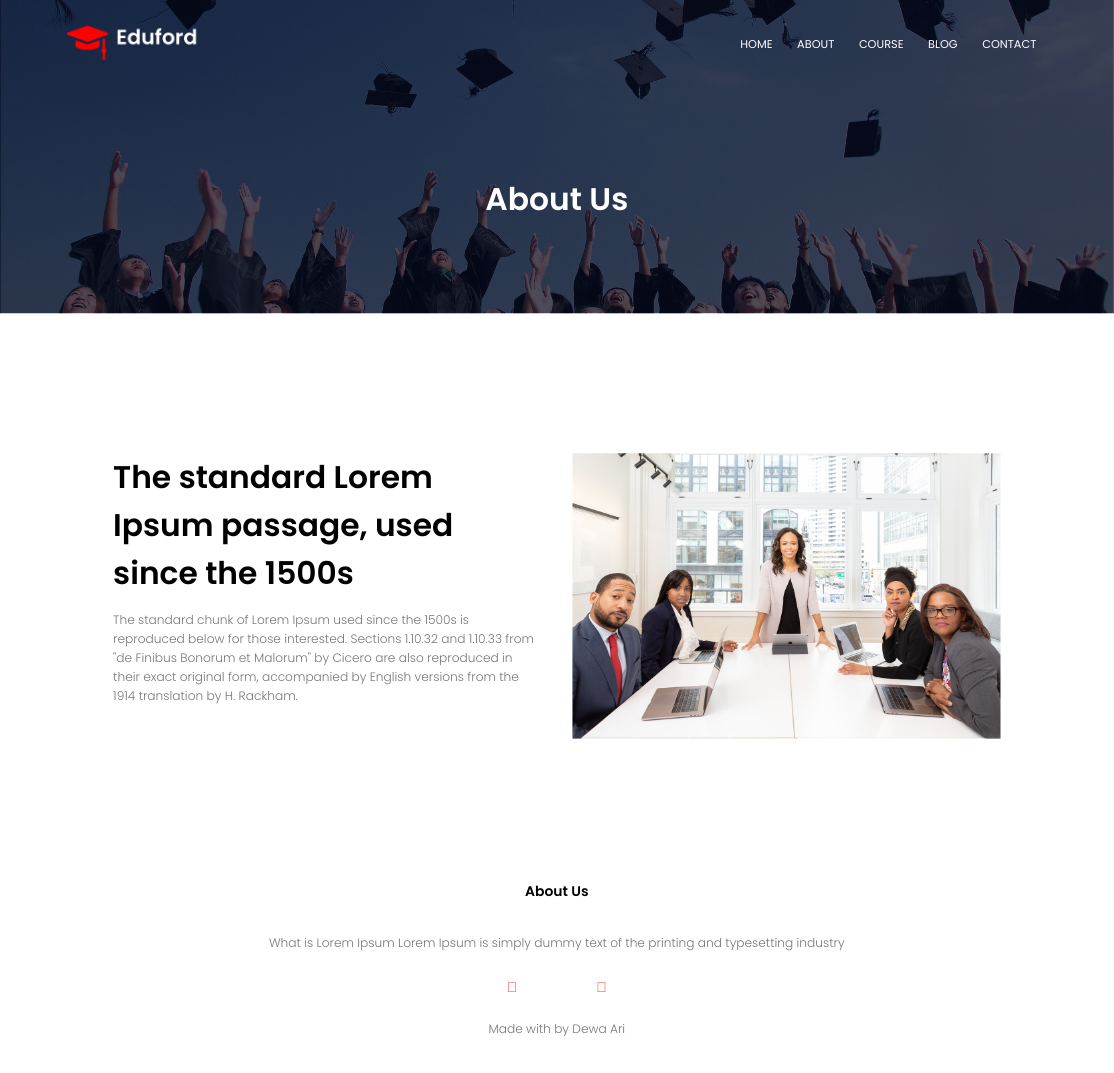
Repository: dewaary/company-profile
Page: about.html
These files come from the project's save history. The page is drawn as it stood at one moment and after the next save; the edit follows.
The browser window is 1280 px wide. The pictures show the whole page, at 87% of full size.

Above is the page before, as saved 2021-05-07 23:30:39.

### about.html
<!DOCTYPE html>
<html lang="en">

<head>
    <meta charset="UTF-8" />
    <meta http-equiv="X-UA-Compatible" content="IE=edge" />
    <meta name="viewport" content="width=device-width, initial-scale=1.0" />
    <title>University Website Design</title>
    <link rel="stylesheet" href="style.css" />
    <link rel="preconnect" href="https://fonts.gstatic.com" />
    <link href="https://fonts.googleapis.com/css2?family=Poppins:wght@200;300;400;600;700&display=swap"
        rel="stylesheet" />
    <link rel="stylesheet"
        href="https://cdn.jsdelivr.net/npm/@fortawesome/fontawesome-free@5.15.3/css/fontawesome.min.css" />
</head>

<body>
    <section class="sub-header">
        <nav>
            <a href="index.html"><img src="images/logo.png" /></a>
            <div class="nav-links" id="navLinks">
                <i class="fa fa-times" onclick="hideMenu()"></i>
                <ul>
                    <li><a href="">HOME</a></li>
                    <li><a href="">ABOUT</a></li>
                    <li><a href="">COURSE</a></li>
                    <li><a href="">BLOG</a></li>
                    <li><a href="">CONTACT</a></li>
                </ul>
            </div>
            <i class="fa fa-bars" onclick="showMenu()"></i>
        </nav>
        <h1>About Us</h1>
    </section>

    <section class="about-us">

        <div class="row">
            <div class="about-col">
                <h1>The standard Lorem Ipsum passage, used since the 1500s</h1>
                <p>
                    The standard chunk of Lorem Ipsum used since the 1500s is reproduced below for those interested.
                    Sections 1.10.32 and 1.10.33 from "de Finibus Bonorum et Malorum" by Cicero are also reproduced in
                    their exact original form, accompanied by English versions from the 1914 translation by H. Rackham.
                </p>
                <a href="" class="hero-btn red-btn">EXPLORE NOW</a>
            </div>
            <div class="about-col">
                <img src="images/about.jpg">
            </div>
        </div>

    </section>


    <section class="footer">
        <h4>About Us</h4>
        <p>
            What is Lorem Ipsum Lorem Ipsum is simply dummy text of the printing and
            typesetting industry
        </p>
        <div class="icons">
            <i class="fa fa-facebook"></i>
            <i class="fa fa-Twitter"></i>
            <i class="fa fa-Instagram"></i>
            <i class="fa fa-linkedin"></i>
        </div>
        <p>Made with <i class="fa fa-heart-0"></i>by Dewa Ari</p>
    </section>

    <!---- Javascript for Toggle Menu ---->
    <script>
        var navLinks = document.getElementById("navLinks");

        function showMenu() {
            navLinks.style.right = "0";
        }
        function hideMenu() {
            navLinks.style.right = "-200px";
        }
    </script>
</body>

</html>

### style.css
* {
  margin: 0;
  padding: 0;
  font-family: "Poppins", sans-serif;
}

.header {
  min-height: 100vh;
  width: 100%;
  background-image: linear-gradient(rgba(4, 9, 30, 0.7), rgba(4, 9, 30, 0.7)),
    url(images/banner.png);
  background-position: center;
  background-size: cover;
  position: relative;
}

nav {
  display: flex;
  padding: 2% 6%;
  justify-content: space-between;
  align-items: center;
}

nav img {
  width: 150px;
}

.nav-links {
  flex: 1;
  text-align: right;
}

.nav-links ul li {
  list-style: none;
  display: inline-block;
  padding: 8px 12px;
  position: relative;
}

.nav-links ul li a {
  color: #fff;
  text-decoration: none;
  font-size: 13px;
}

.nav-links ul li::after {
  content: "";
  width: 0%;
  height: 2px;
  background: #f44336;
  display: block;
  margin: auto;
  transition: 0.5s;
}

.nav-links ul li:hover::after {
  width: 100%;
}

.text-box {
  width: 90%;
  color: #fff;
  position: absolute;
  top: 50%;
  left: 50%;
  transform: translate(-50%, -50%);
  text-align: center;
}

.text-box h1 {
  font-size: 62px;
}

.text-box p {
  margin: 10px 0 40px;
  font-size: 14px;
  color: #fff;
}

.hero-btn {
  display: inline-block;
  text-decoration: none;
  color: #fff;
  border: 1px solid #fff;
  padding: 12px 34px;
  font-size: 13px;
  background: transparent;
  position: relative;
  cursor: pointer;
}

.hero-btn:hover {
  border: 1px solid #f44336;
  background: #f44336;
  transition: 1s;
}

nav .fa {
  display: none;
}

@media (max-width: 700px) {
  .text-box h1 {
    font-size: 20px;
  }

  .nav-links ul li {
    display: block;
  }
  .nav-links {
    position: absolute;
    background: #f44336;
    height: 100vh;
    width: 200px;
    top: 0;
    right: -200px;
    text-align: left;
    z-index: 2;
    transition: 1s;
  }

  nav .fa {
    display: block;
    color: #fff;
    margin: 10px;
    font-size: 22px;
    cursor: pointer;
  }

  .nav-links ul {
    padding: 30px;
  }
}

/*---- Course ------ */

.course {
  width: 80%;
  margin: auto;
  text-align: center;
  padding-top: 100px;
}

h1 {
  font-size: 36px;
  font-weight: 600;
}

p {
  color: #777;
  font-size: 14px;
  font-weight: 300;
  line-height: 22px;
  padding: 10px;
}

.row {
  margin-top: 5%;
  display: flex;
  justify-content: space-between;
}

.course-col {
  flex-basis: 31%;
  background: #fff3f3;
  border-radius: 10px;
  margin-bottom: 5%;
  padding: 20px 12px;
  box-sizing: border-box;
  transition: 0.5s;
}

h3 {
  text-align: center;
  font-weight: 600;
  margin: 10px 0;
}

.course-col:hover {
  box-shadow: 0 0 20px 0px rgba(0, 0, 0, 0.2);
}

@media (max-width: 700px) {
  .row {
    flex-direction: column;
  }
}

.campus {
  width: 80%;
  margin: auto;
  text-align: center;
  padding-top: 50px;
}

.campus-col {
  flex-basis: 32%;
  border-radius: 10px;
  margin-bottom: 30px;
  position: relative;
  overflow: hidden;
}
.campus-col img {
  width: 100%;
  display: block;
}

.layer {
  background: transparent;
  height: 100%;
  width: 100%;
  position: absolute;
  top: 0;
  left: 0;
  transition: 0.5s;
}

.layer:hover {
  background: rgba(226, 0, 0, 0.7);
}

.layer h3 {
  width: 100%;
  font-weight: 500;
  color: #fff;
  font-size: 26px;
  bottom: 0;
  left: 50%;
  transform: translateX(-50%);
  position: absolute;
  transition: 0.5s;
}

.layer:hover h3 {
  bottom: 49%;
  opacity: 1;
}

.facilities {
  width: 80%;
  margin: auto;
  text-align: center;
  padding-top: 100px;
}

.facilities-col {
  flex-basis: 31%;
  border-radius: 10px;
  margin-bottom: 5%;
  text-align: left;
}

.facilities-col img {
  width: 100%;
  border-radius: 10px;
}

.facilities-col p {
  padding: 0%;
}

.facilities-col h3 {
  margin-top: 16px;
  margin-bottom: 15px;
  text-align: left;
}

.testimonials {
  width: 80%;
  margin: auto;
  padding-top: 100px;
  text-align: center;
}

.testimonials-col {
  flex-basis: 44%;
  border-radius: 10px;
  margin-bottom: 5%;
  text-align: left;
  background: #fff3f3;
  padding: 25px;
  cursor: pointer;
  display: flex;
}

.testimonials-col img {
  height: 40px;
  margin-left: 5px;
  margin-right: 30px;
  border-radius: 50%;
}

.testimonials-col p {
  padding: 0;
}

.testimonials-col h3 {
  margin-top: 15px;
  text-align: left;
}

.testimonials-col .fa {
  color: #f44336;
}

@media (max-width: 700px) {
  .testimonials-col img {
    margin-left: 0px;
    margin-right: 15px;
  }
}

.cta {
  margin: 100px auto;
  width: 80%;
  background-image: linear-gradient(rgba(0, 0, 0, 0.7), rgba(0, 0, 0, 0.7)),
    url(images/banner2.jpg);
  background-position: center;
  background-size: cover;
  border-radius: 10px;
  text-align: center;
  padding: 100px 0;
}

.cta h1 {
  color: #fff;
  margin-bottom: 40px;
  padding: 0;
}

@media (max-width: 700px) {
  .cta h1 {
    font-size: 20px;
  }
}

.footer {
  width: 100%;
  text-align: center;
  padding: 30px 0;
}

.footer h4 {
  margin-bottom: 25px;
  margin-top: 20px;
  font-weight: 600;
}

.icons .fa {
  color: #f44336;
  margin: 0 13px;
  cursor: pointer;
  padding: 18px 0;
}

.fa-heart-0 {
  color: #f44336;
}

/*--------- About Us Page --------- */

.sub-header {
  height: 50vh;
  width: 100%;
  background-image: linear-gradient(rgba(4, 9, 30, 0.7), rgba(4, 9, 30, 0.7)),
    url(images/background.jpg);
  background-position: center;
  background-size: cover;
  text-align: center;
  color: #fff;
}

.sub-header h1{
  margin-top: 100px;
}

.about-us {
  width: 80%;
  margin: auto;
  padding-top: 80px;
  padding-bottom: 50px;
}

.about-col {
  flex-basis: 48%;
  padding: 30px 2px;
}

.about-col img{
  width: 100%;
}

.about-col h1{
  padding-top: 0;
}

.about-col p{
  padding: 15px 0 25px;
}

After the next save:
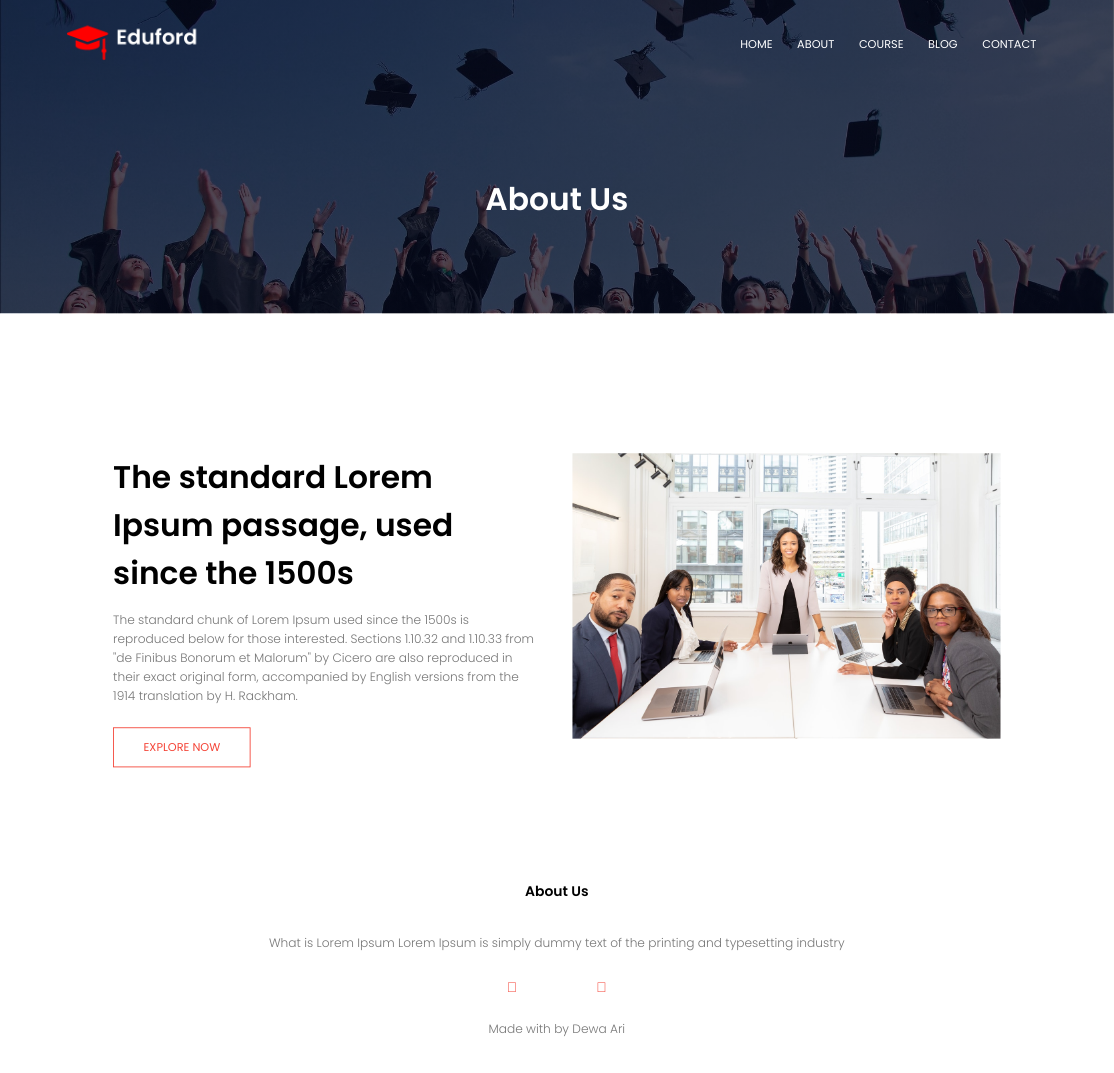
Saved 83 s later.
--- a/style.css
+++ b/style.css
@@ -397,3 +397,9 @@ h3 {
 .about-col p{
   padding: 15px 0 25px;
 }
+
+.red-btn {
+  border: 1px solid #f44336;
+  background: transparent;
+  color: #f44336;
+}
